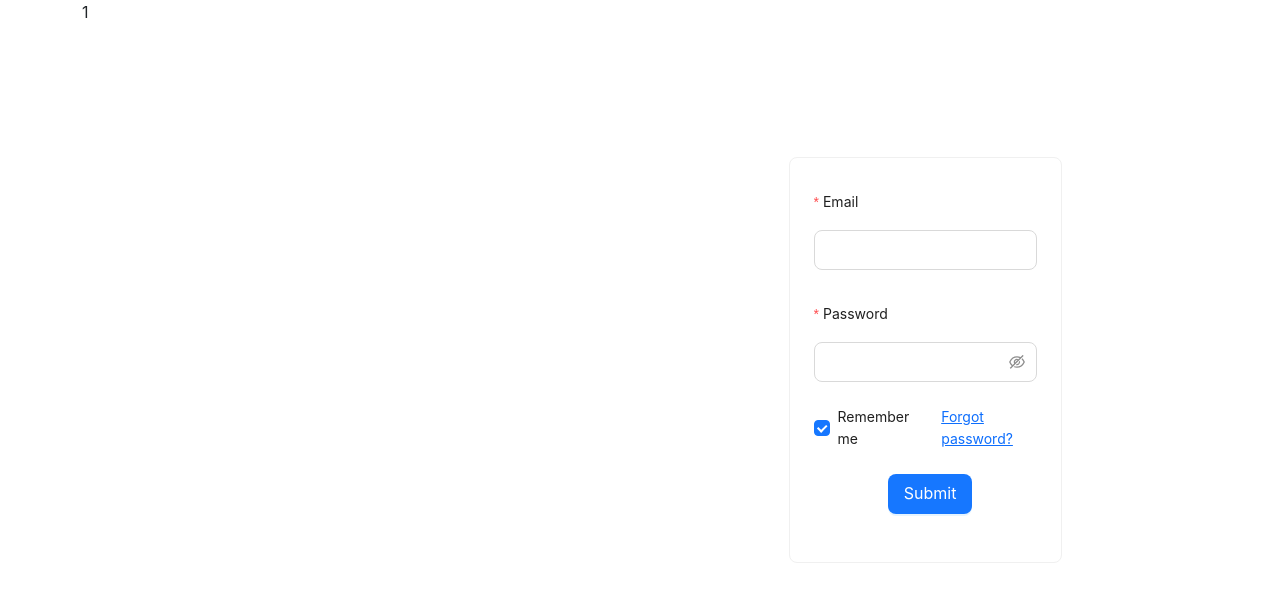
Repository: di-huynh-dev/kanban-inventory-management
Page: /
An editor plug-in stored every save of this project. The page is shown before and after the next save, followed by the edit.
The browser window is 1280 px wide. The pictures show the whole page.
The project was rebuilt for these pictures with package versions that can differ from the ones it lists, and the page was loaded fresh each time. Also part of the build but not shown: src/App.css, src/pages/auth/SignUp.tsx, src/routers/MainRouter.tsx.

Above is the page before, as saved 2024-09-07 11:57:51.

After the next save:
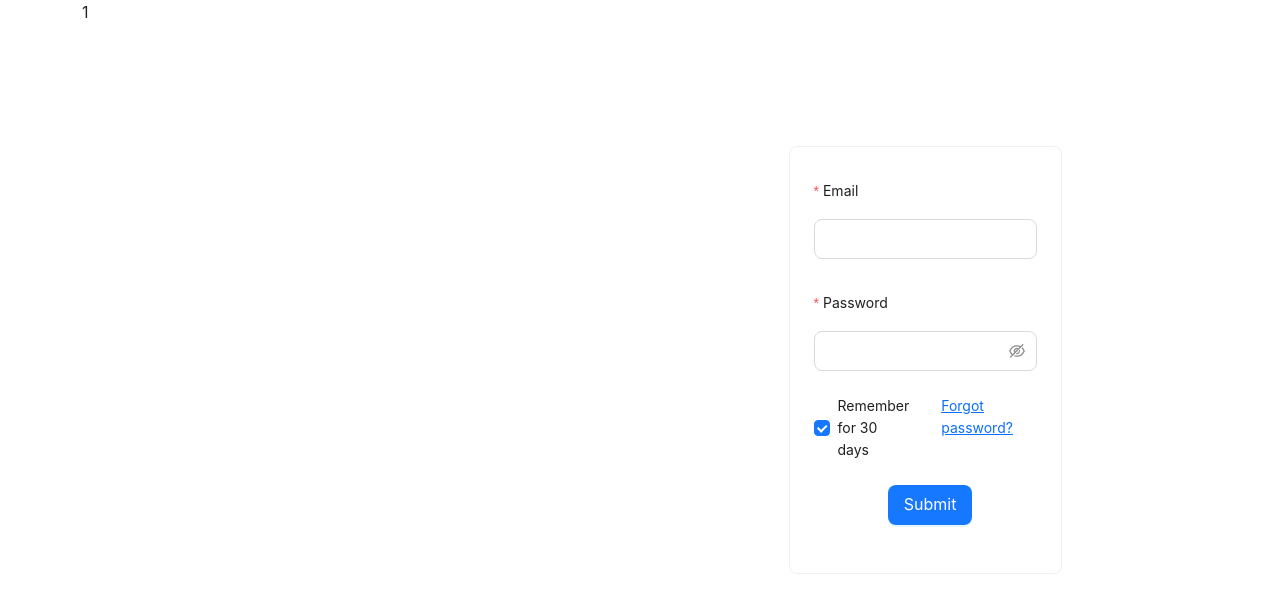
Saved 15 s later.
--- a/src/pages/auth/Login.tsx
+++ b/src/pages/auth/Login.tsx
@@ -41,7 +41,7 @@ const LoginPage = () => {
           <div className="row">
             <div className="col">
               <Form.Item<FieldType> name="remember" valuePropName="checked">
-                <Checkbox>Remember me</Checkbox>
+                <Checkbox>Remember for 30 days</Checkbox>
               </Form.Item>
             </div>
 
